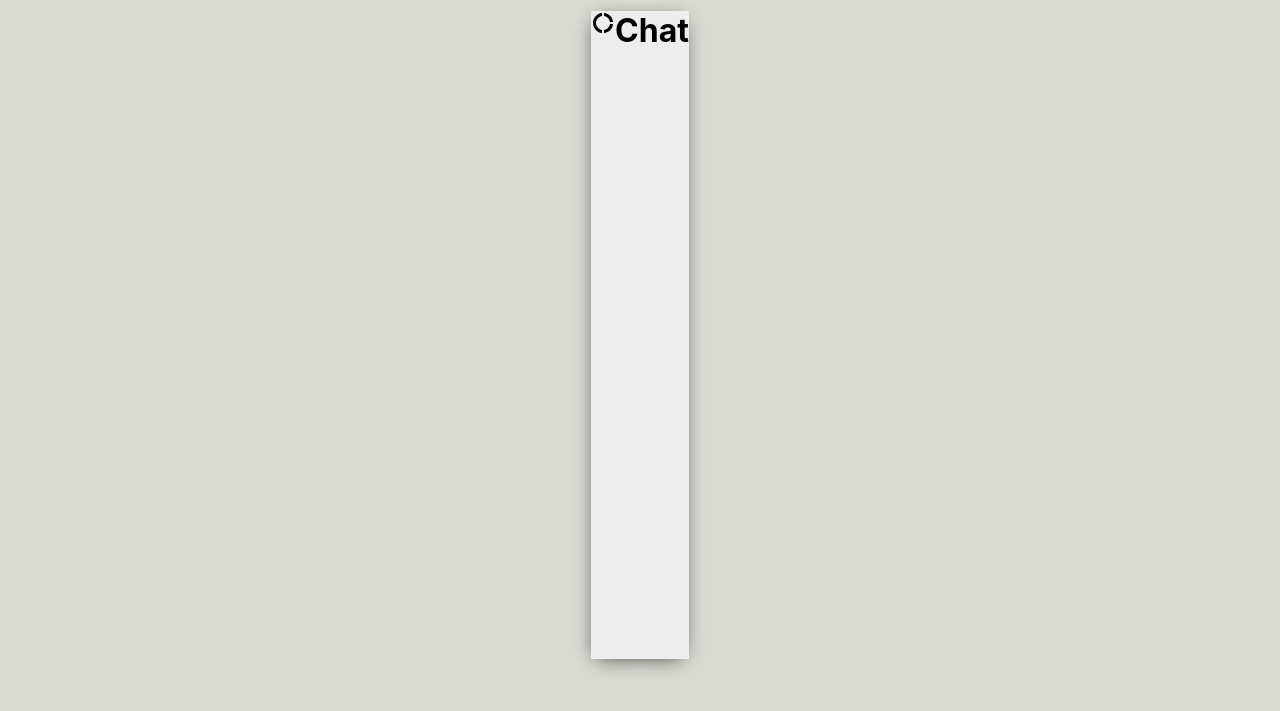
Repository: nadavmza/whatsapp-mern
Page: /
An editor plug-in stored every save of this project. The page is shown before and after a run of saves, followed by the edit.
The browser window is 1280 px wide. The pictures show the whole page.
The project was rebuilt for these pictures with package versions that can differ from the ones it lists, and the page was loaded fresh each time. Also part of the build but not shown: src/Chat.css.

Above is the page before, as saved 2021-12-22 00:11:38.

After the next 5 saves:
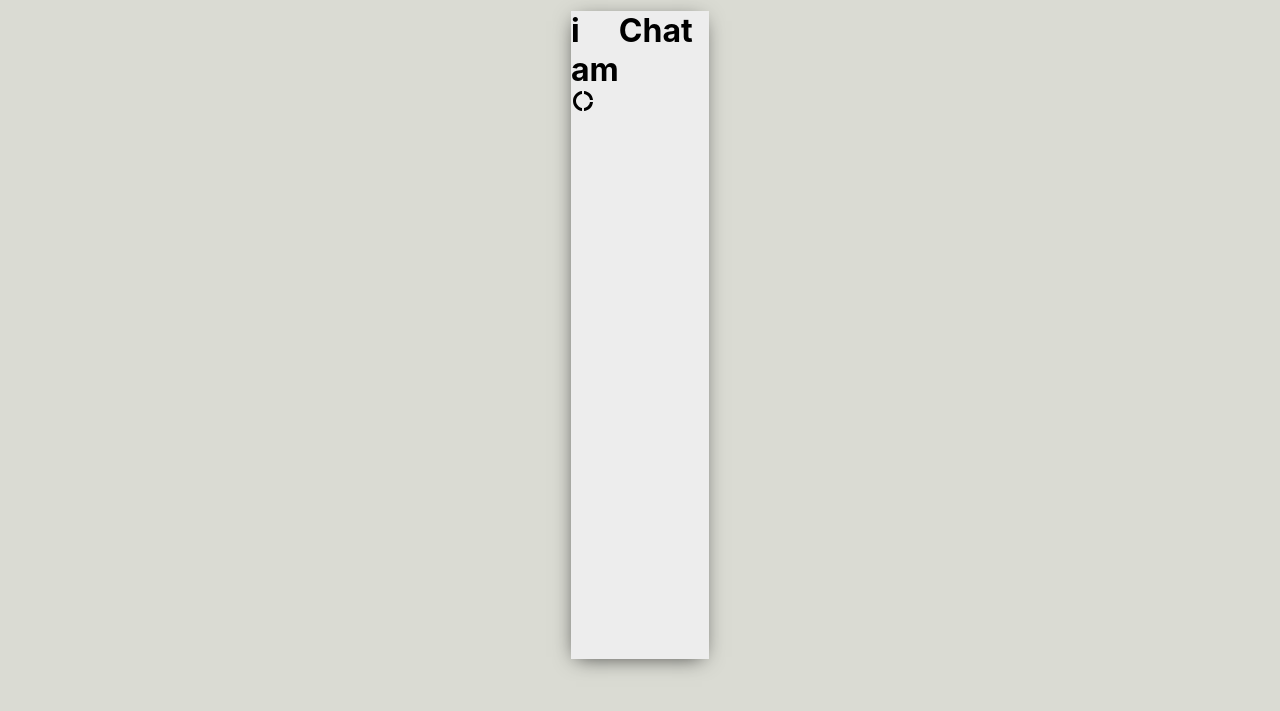
The 5 saves are shown as one change because they came seconds apart.
The last was saved 2 min 20 s later.
--- a/src/Sidebar.js
+++ b/src/Sidebar.js
@@ -4,6 +4,7 @@
 function Sidebar() {
     return (
         <div className='sidebar'>
+            <h1>i am</h1>
             <div className="sidebar_header">
                 <div className="sidebar_headerRight">
                     <DonutLargeIcon/>

After the save that followed:
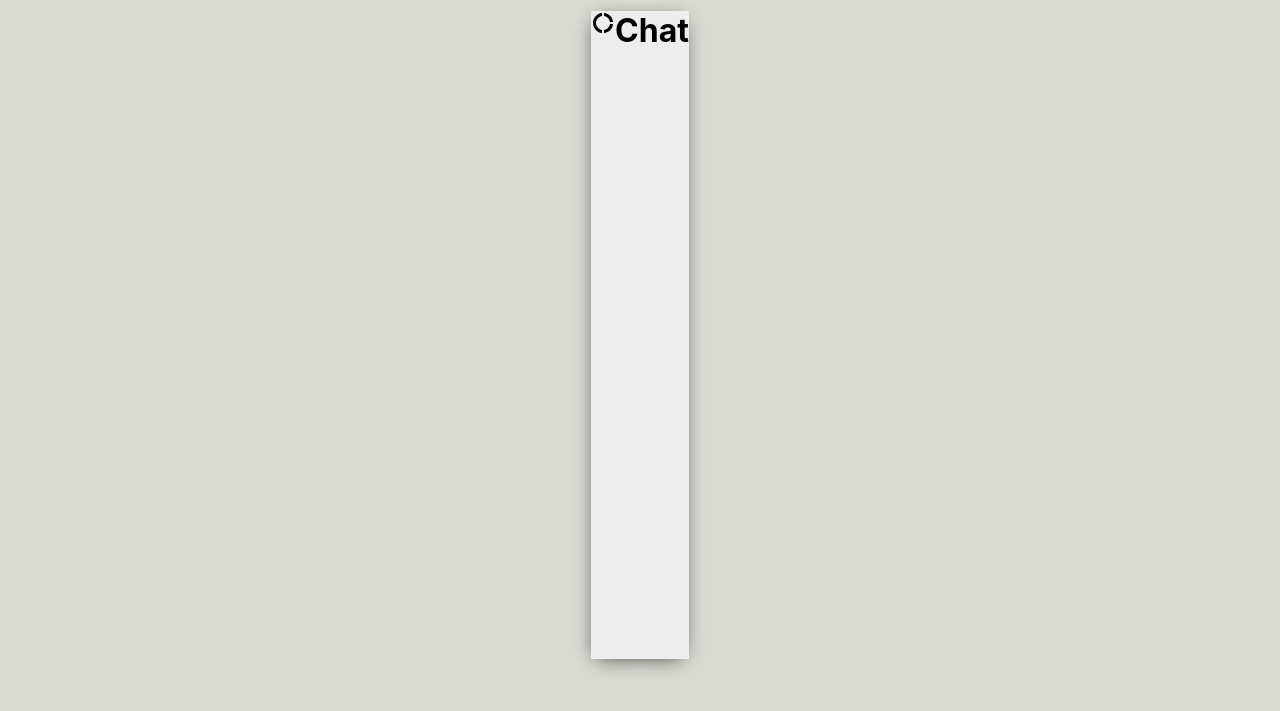
Saved 16 s later.
--- a/src/Sidebar.js
+++ b/src/Sidebar.js
@@ -4,7 +4,6 @@
 function Sidebar() {
     return (
         <div className='sidebar'>
-            <h1>i am</h1>
             <div className="sidebar_header">
                 <div className="sidebar_headerRight">
                     <DonutLargeIcon/>
